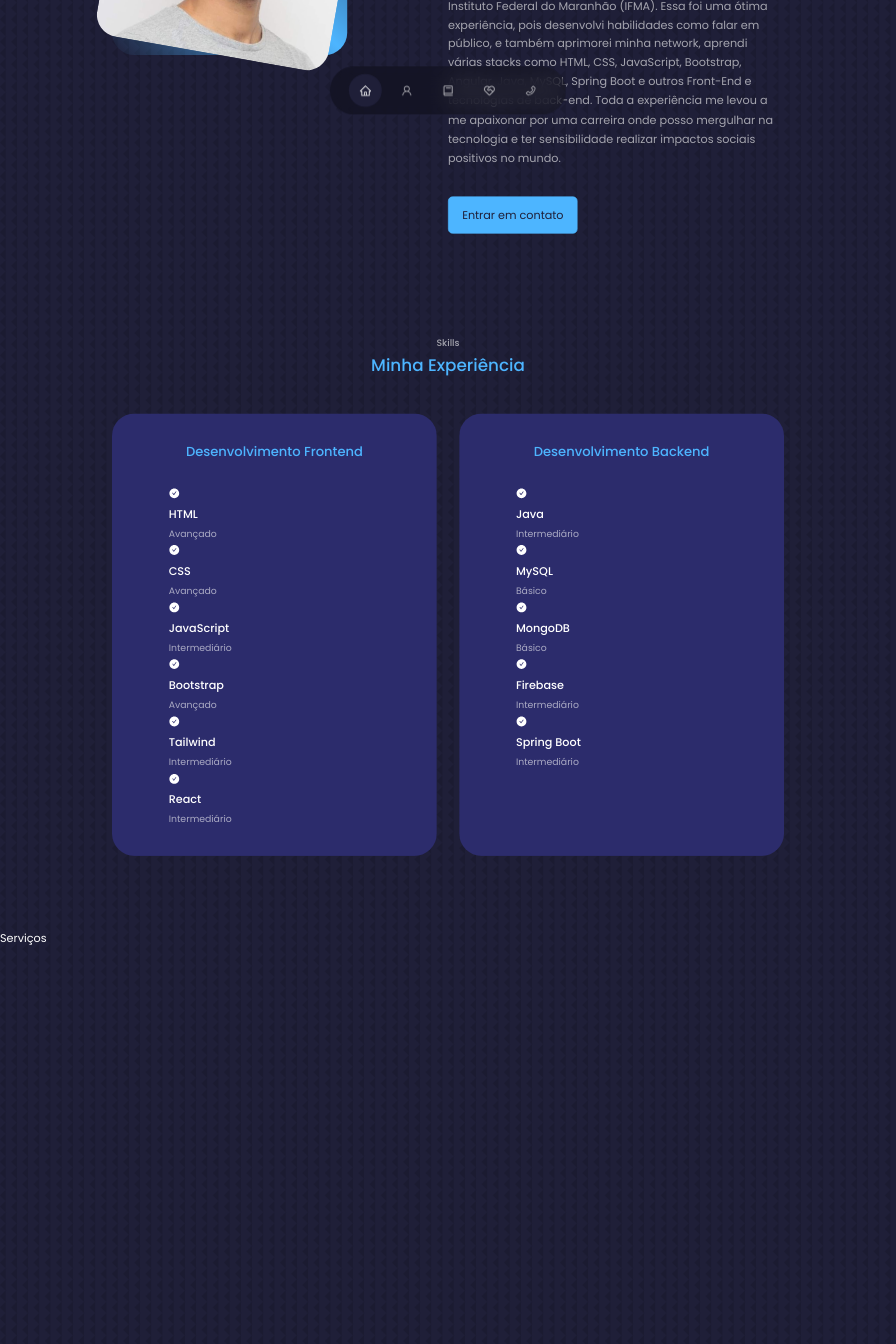
Repository: Mardoqueu/react-portfolio-website
Page: /
An editor plug-in stored every save of this project. The page is shown before and after the next save, followed by the edit.
The browser window is 1280 px wide. The pictures show the part of the page from y = 524 to 2444 px (the page is 5142 px tall), at 70% of full size.
The project was rebuilt for these pictures with package versions that can differ from the ones it lists, and the page was loaded fresh each time. Also part of the build but not shown: src/components/header/header.css, src/components/services/services.css, src/components/portfolio/portfolio.css, src/components/testimonials/testimonials.css, src/components/contact/contact.css, src/components/footer/footer.css.

Above is the page before, as saved 2022-10-23 10:16:40.

After the next save:
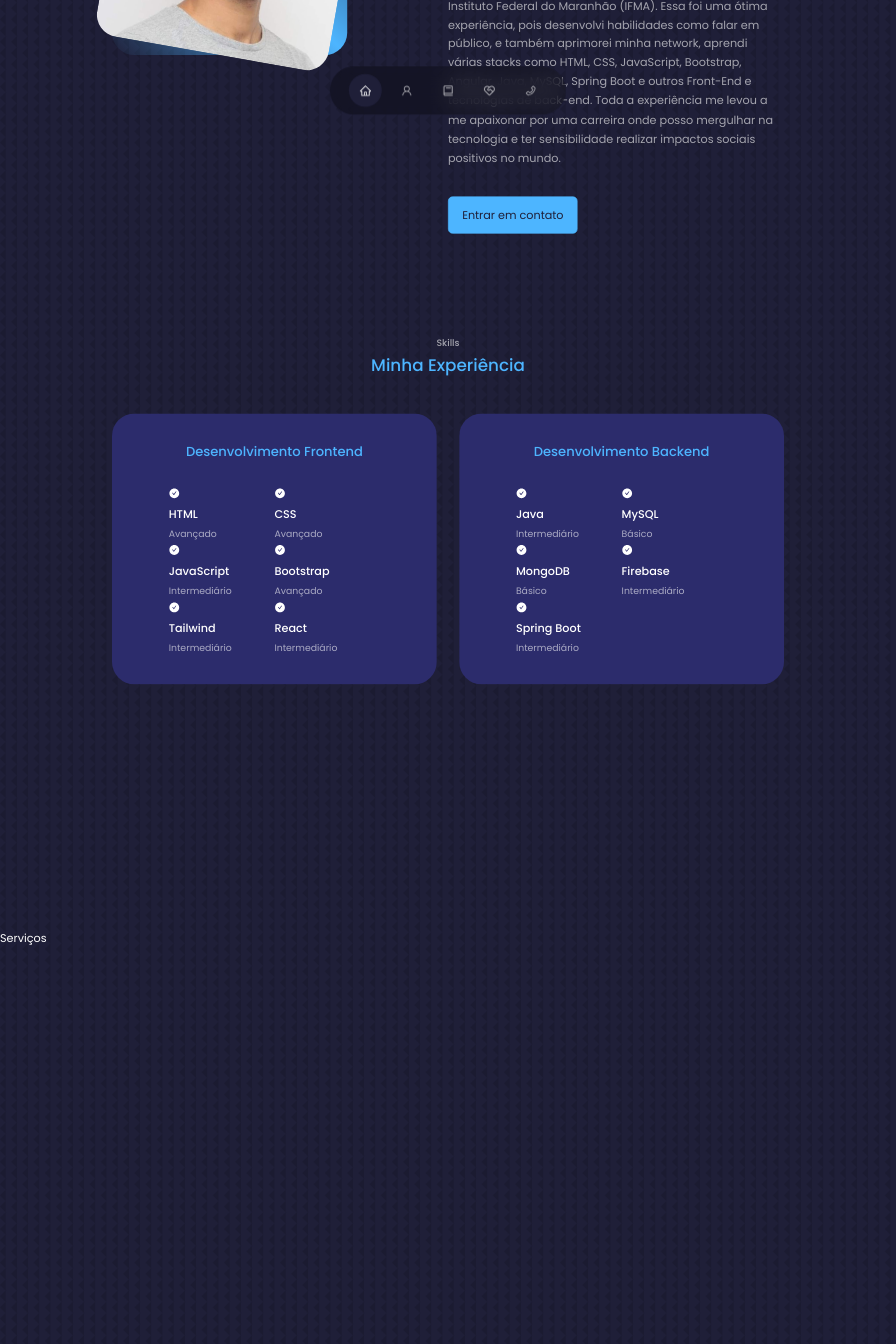
Saved 8 s later.
--- a/src/components/experience/experience.css
+++ b/src/components/experience/experience.css
@@ -26,5 +26,5 @@
 
 .experience__content{
     display: grid;
-    grid-template-columns: ;
+    grid-template-columns: 1fr 1fr;
 }
